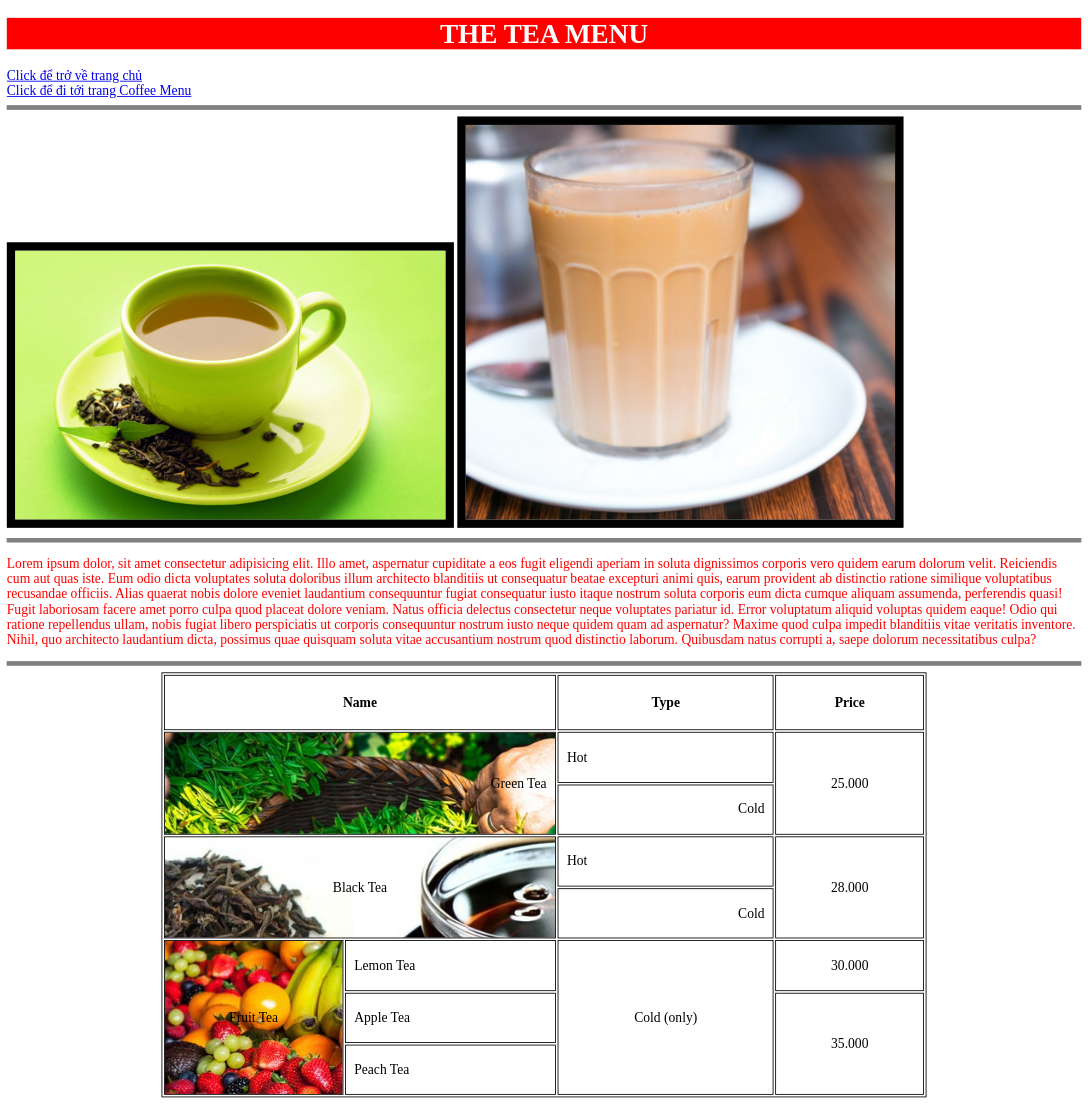
Repository: giahuy405/HomeWork_Coffee
Page: tea.html
An editor plug-in stored every save of this project. The page is shown before and after the next save, followed by the edit.
The browser window is 1280 px wide. The pictures show the whole page, at 85% of full size.

Above is the page before, as saved 2022-09-07 11:48:48.

After the next save:
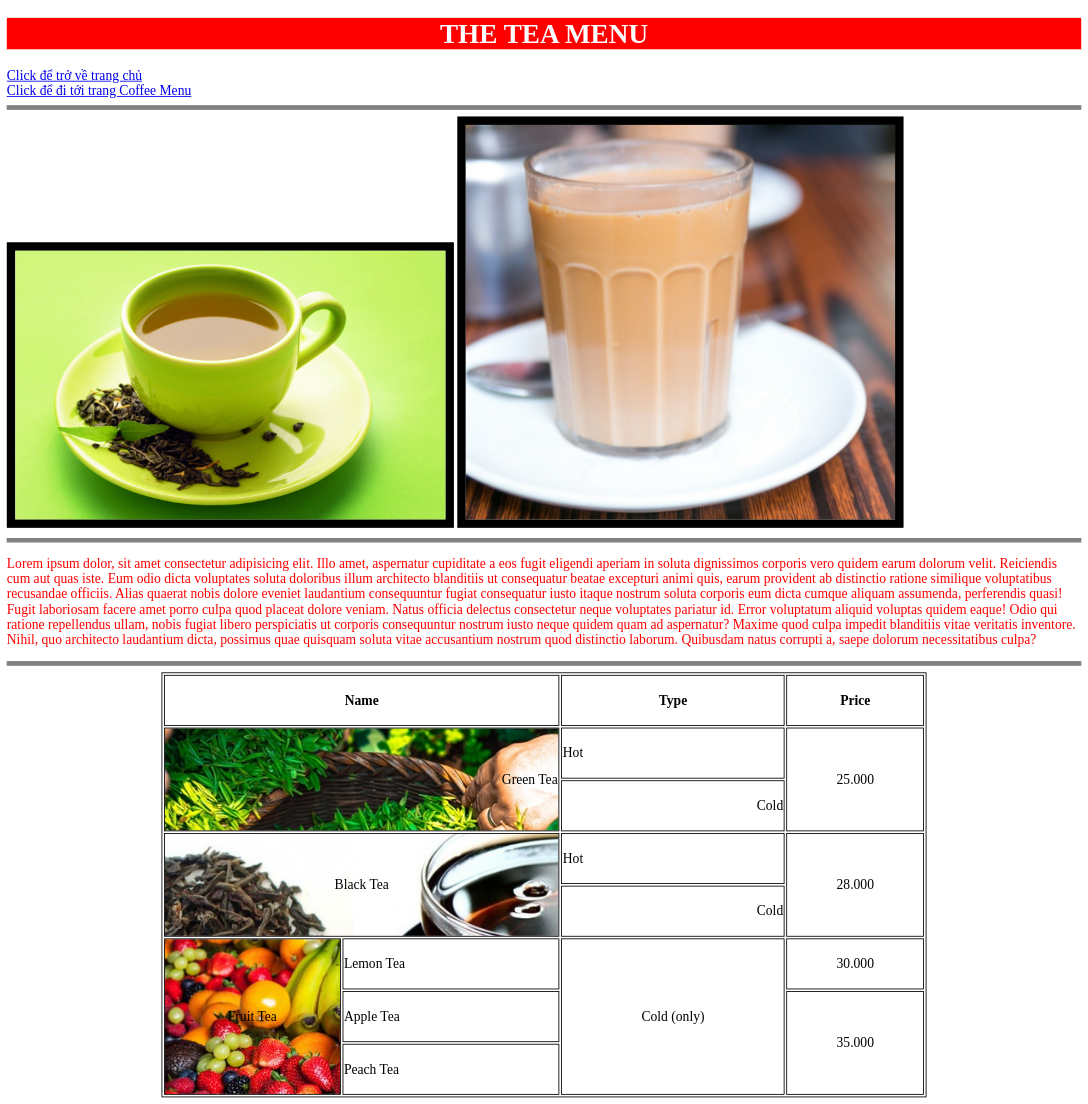
Saved 55 s later.
--- a/css/tea.css
+++ b/css/tea.css
@@ -8,7 +8,4 @@ table{
     height: 500px;
     margin: 0 auto;
 }
-table td{
-    padding: 0 10px;
-
-}
+table {}
